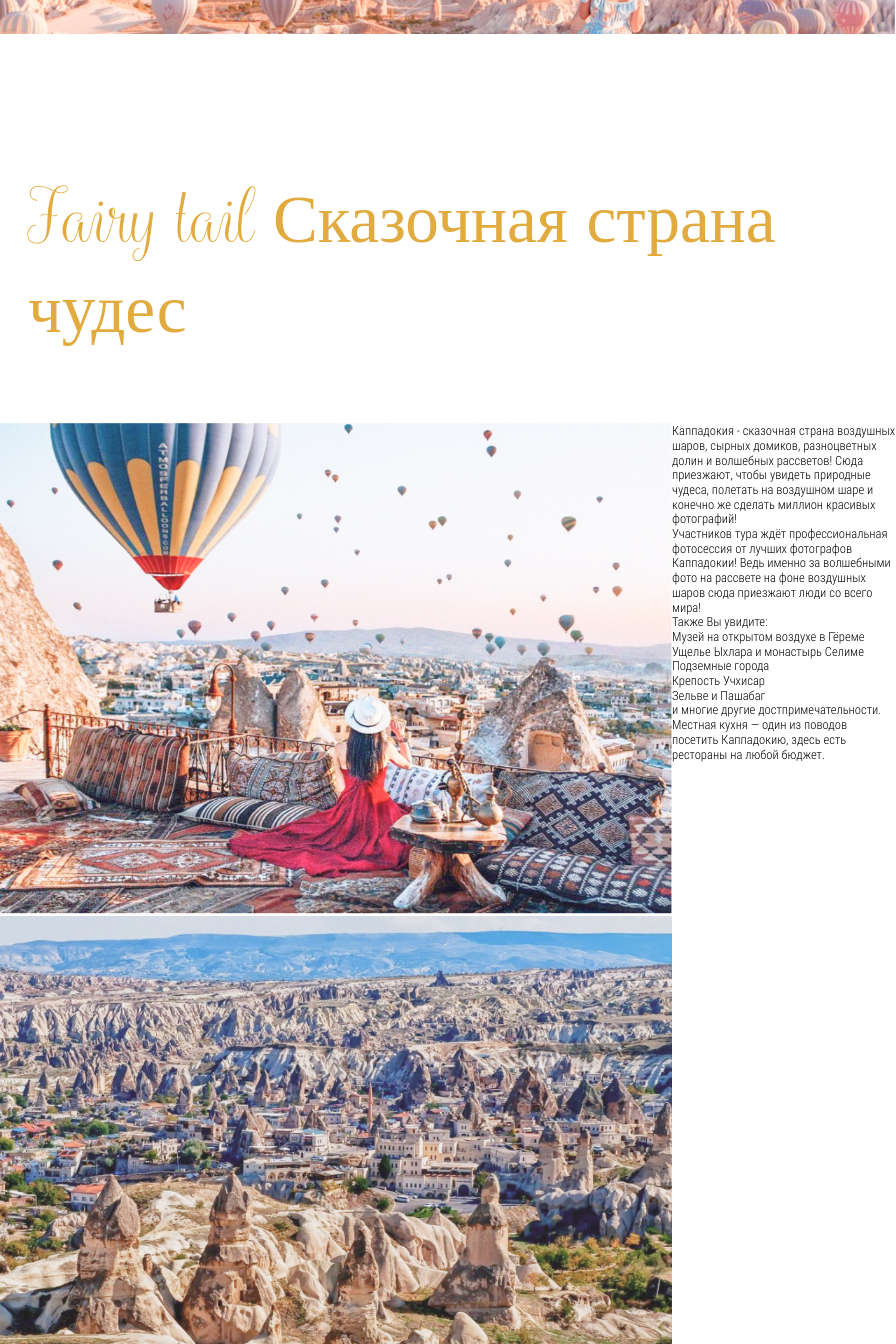
Repository: Lareeman/cappadocia
Page: index.html
The author's editor kept a copy of each file at every save. The page is drawn from the files as they stood at one save, then again after a run of saves.
The browser window is 1280 px wide. The pictures show the part of the page from y = 672 to 2592 px (the page is 3588 px tall before and 3353 px after), at 70% of full size.

Above is the page before, as saved 2024-01-27 11:00:15.

After the next 2 saves:
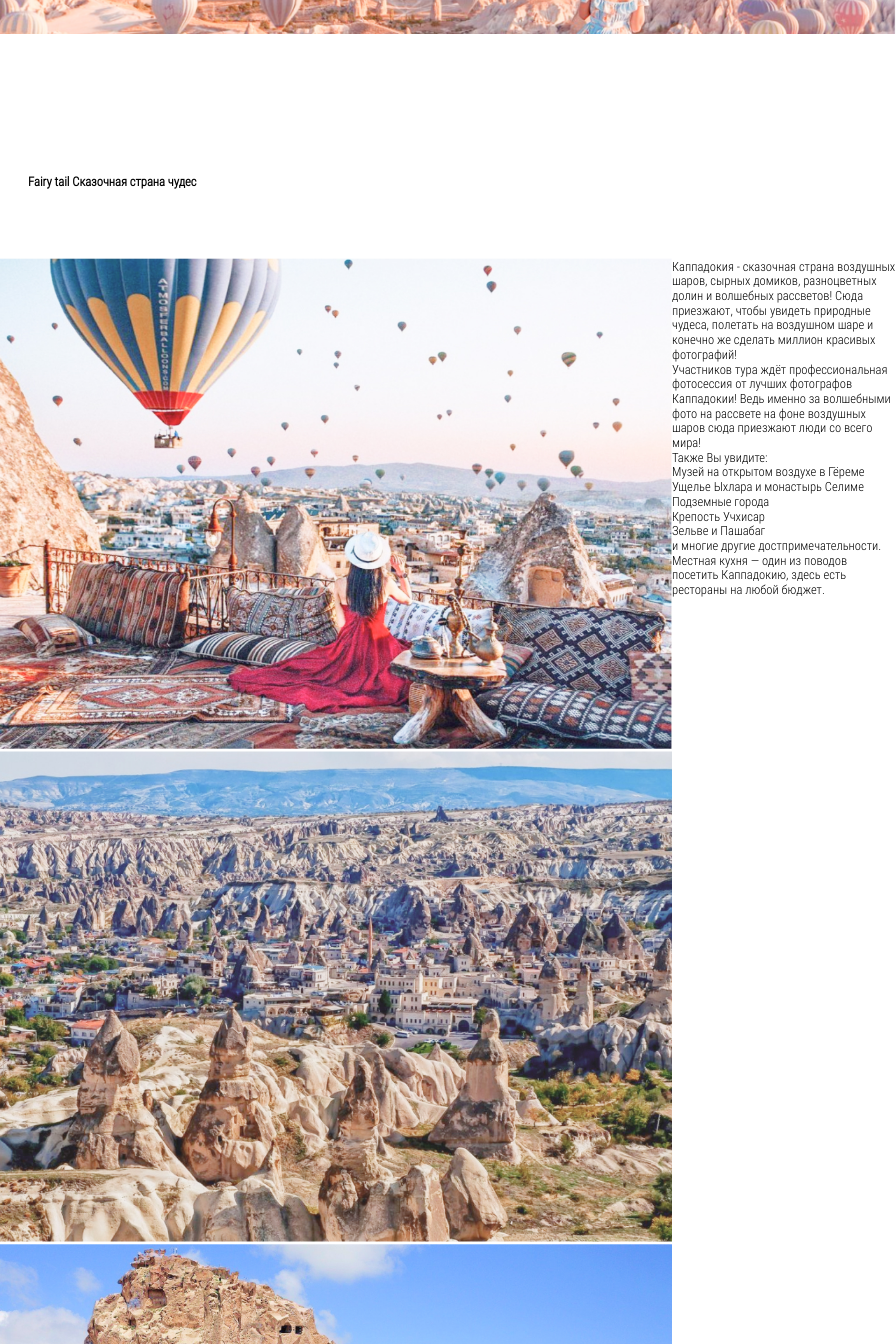
The 2 saves are shown as one change because they came seconds apart.
The last was saved 27 s later.
--- a/css/style.css
+++ b/css/style.css
@@ -157,6 +157,7 @@
 .fairy__title {
   margin-bottom: 100px;
 }
+.fa
 
 .title {
   color: var(--gold);

After the save that followed:
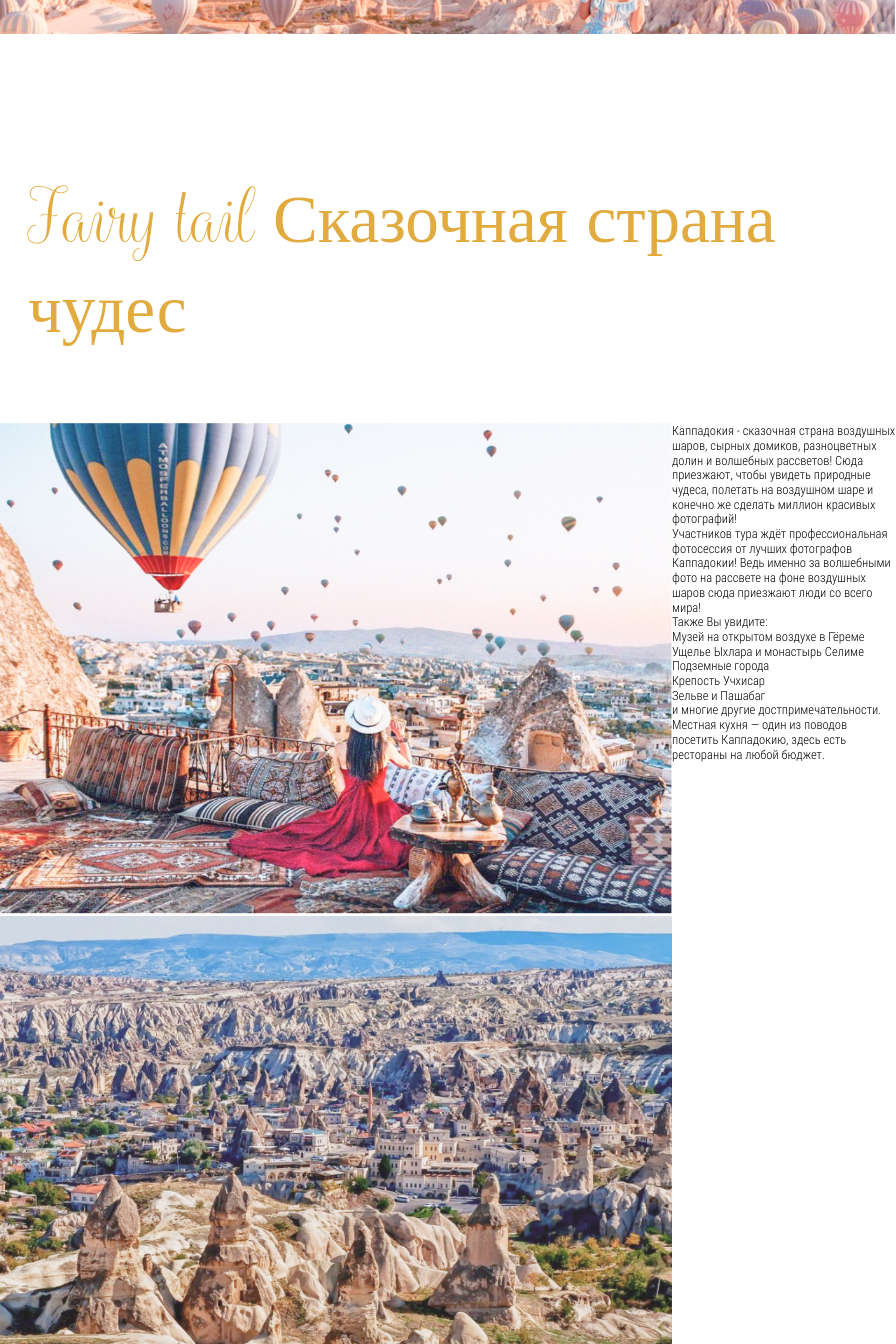
Saved 9 s later.
--- a/css/style.css
+++ b/css/style.css
@@ -157,7 +157,9 @@
 .fairy__title {
   margin-bottom: 100px;
 }
-.fa
+.fairy__title span{
+
+}
 
 .title {
   color: var(--gold);
